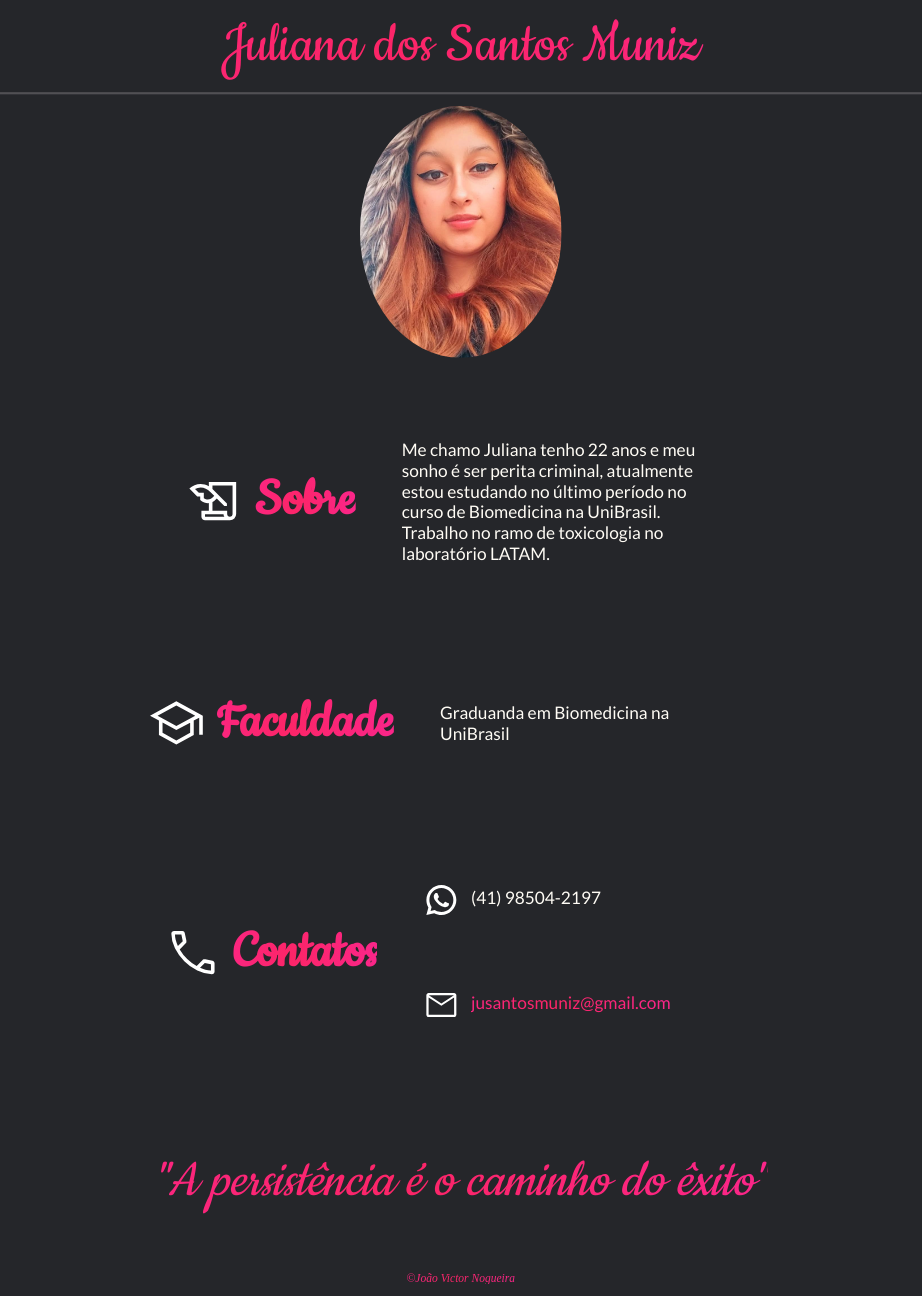
Repository: joaovnogueira/Portfolio-Juliana
Page: src/index.html
An editor plug-in stored every save of this project. The page is shown before and after a run of saves, followed by the edit.
The browser window is 1280 px wide. The pictures show the whole page, at 72% of full size.
The style sheet was rebuilt from its Sass, Less or Tailwind sources for each picture, by a compiler version that may differ from the author's.

Above is the page before, as saved 2022-07-14 14:14:53.

### src/index.html
<!DOCTYPE html>
<html lang="en">
<head>
    <link rel="stylesheet" href="styles.css">
    <meta charset="UTF-8">
    <meta http-equiv="X-UA-Compatible" content="IE=edge">
    <meta name="viewport" content="width=device-width, initial-scale=1.0">
    <title>Portfólio Juliana</title>
</head>
<body class="dark-mode">

    <header>
        <div class="logo">Juliana dos Santos Muniz</div>
    </header>
    <main>
        <div class="perfil">
            <div class="foto">
                <img src="../assets/foto-perfil.png" alt="Foto de perfil" class="fotoperfil">
            </div>
            <div class="conteudo">
                <img src="../assets/sobre.svg" alt="">
                <h1>Sobre</h1>
                <p>
                    Me chamo Juliana tenho 22 anos e meu sonho é ser perita criminal,
                    atualmente estou estudando no último período no curso de Biomedicina na
                    UniBrasil. Trabalho no ramo de toxicologia no laboratório LATAM.
                </p>
            </div>
            <div class="conteudo">
                <img src="../assets/faculdade.svg" alt=""><h1>Faculdade</h1>
                <p>Graduanda em Biomedicina na UniBrasil</p>
            </div>
            <div class="conteudo">
                <img src="../assets/contato.svg" alt=""><h1>Contatos</h1>
                <div class="contatos">
                    <p><img src="../assets/whatsapp.svg" alt="whatsapplogo" class="icon2">(41) 98504-2197</p>
                    <p><img src="../assets/email.svg" alt="emailogo" class="icon2"><a class="email" href="mailto:jusantosmuniz@gmail.com">jusantosmuniz@gmail.com</a></p>
                </div>

            </div>
        </div>
        <div class="frase">
            <blockquote><i>"A persistência é o caminho do êxito"</i></blockquote>
        </div>

    </main>
    <footer>
        <a href="https://github.com/joaovnogueira"><cite>&copy;João Victor Nogueira</cite></a>
    </footer>
</body>
</html>

### src/styles.scss
@import url('https://fonts.googleapis.com/css2?family=Cookie&display=swap');
@import url('https://fonts.googleapis.com/css2?family=Lato&display=swap');

* {
    margin: 0;
    padding: 0;
    box-sizing: border-box;
}

:root {
    --background-dark: #25262A;
    --background-light: ##FFFCF5;
    --text-light: #FFFCF5;
    --text-dark: #25262A;
}

.light-mode:root {
    --background-light: ##FFFCF5;
    --text-dark: #25262A;
}

@media (max-width: 1080px) {
    html {
        font-size: 93.75%;
    }
}

@media (max-width: 720px) {
    html {
        font-size: 87.5%;
    }
}

body {
    background: var(--background-dark);
    color: var(--text-light);
}

h1{
    color: var(--text);
    font-family: 'Cookie', cursive;
    font-weight: bold;
    font-size: 5rem;

    background-image: radial-gradient( circle farthest-corner at 10.2% 55.8%,  #fc2567 0%, #fa2697, 46.2%, #ba08b5 90.1% );
    -webkit-background-clip: text;
    background-clip: text;
    color: transparent;
    animation: rainbow_animation 5s ease-in-out infinite;
    background-size: 400% 100%;

}

p {
    color: var(--text);
    font-family: 'Lato', sans-serif;
}

header{
    div{
        background-image: radial-gradient( circle farthest-corner at 10.2% 55.8%,  #fc2567 0%, #fa2697, 46.2%, #ba08b5 90.1% );
        -webkit-background-clip: text;
        background-clip: text;
        color: transparent;
        animation: rainbow_animation 5s ease-in-out infinite;
        background-size: 400% 100%;

    }
    div {
        display: flex;
        font-family: 'Cookie', cursive;
        font-size: 86px;
        align-items: center;
        justify-content: center;
        border-bottom: 3px solid #515054;
        padding: 1rem;
    }

    @keyframes rainbow_animation {
        0%, 100% {
            background-position: 0 0;
        }

        50% {
            background-position: 100% 0;
        }
    }

}

.foto {
    display: flex;
    align-items: center;
    justify-content: center;
    padding: 1rem;
    background-color: var(--background);
    img{
        border-radius: 50%;
        max-width:750px;
        max-height:350px;
        width: auto;
        height: auto;
    }

}

.perfil{
    .conteudo{
        display: flex;
        align-items: center;
        justify-content: center;
        padding: 3rem;
        img{
            filter: invert(100%) sepia(100%) saturate(0%) hue-rotate(87deg) brightness(119%) contrast(119%);
            width: 5rem;
            height: 5rem;
        }
        h1{
            position: relative;
            margin: 1rem;
            animation-name: h1animation;
            animation-duration: 1.5s;
            animation-iteration-count: 1;
        }
        p{
            font-size: 1.5rem;
            padding: 2rem;
            width: 30rem;
            margin: 1rem;
        }
        .contatos{
            display: flex;
            flex-direction: column;
            align-items: center;
            justify-content: center;
            img{
                margin-right: 1rem;
                vertical-align: middle;
                width: 50px;
                height : 50px;
            }
            a{
                text-decoration: none;
                background-image: radial-gradient( circle farthest-corner at 10.2% 55.8%,  #fc2567 0%, #fa2697, 46.2%, #ba08b5 90.1% );
                -webkit-background-clip: text;
                background-clip: text;
                color: transparent;
                animation: rainbow_animation 5s ease-in-out infinite;
                background-size: 400% 100%;
            }
        }

        @keyframes h1animation{
            0%{
                left: -50%;
            }
            100%{
                left: 0;
            }
        }

    }
}

.frase{
    display: flex;
    align-items: center;
    justify-content: center;
    margin: 5rem;
    blockquote{
        i{
            font-family: 'Cookie', cursive;
            font-size: 5rem;
            background-image: radial-gradient( circle farthest-corner at 10.2% 55.8%,  #fc2567 0%, #fa2697, 46.2%, #ba08b5 90.1% );
            -webkit-background-clip: text;
            background-clip: text;
            color: transparent;
            animation: rainbow_animation 5s ease-in-out infinite;
            background-size: 400% 100%;
        }
    }

}

footer{
    margin: 1rem;
    display: flex;
    align-items: center;
    justify-content: center;
    a{
        text-decoration: none;
        background-image: radial-gradient( circle farthest-corner at 10.2% 55.8%,  #fc2567 0%, #fa2697, 46.2%, #ba08b5 90.1% );
        -webkit-background-clip: text;
        background-clip: text;
        color: transparent;
        animation: rainbow_animation 5s ease-in-out infinite;
        background-size: 400% 100%;
    }
}

After the next 6 saves:
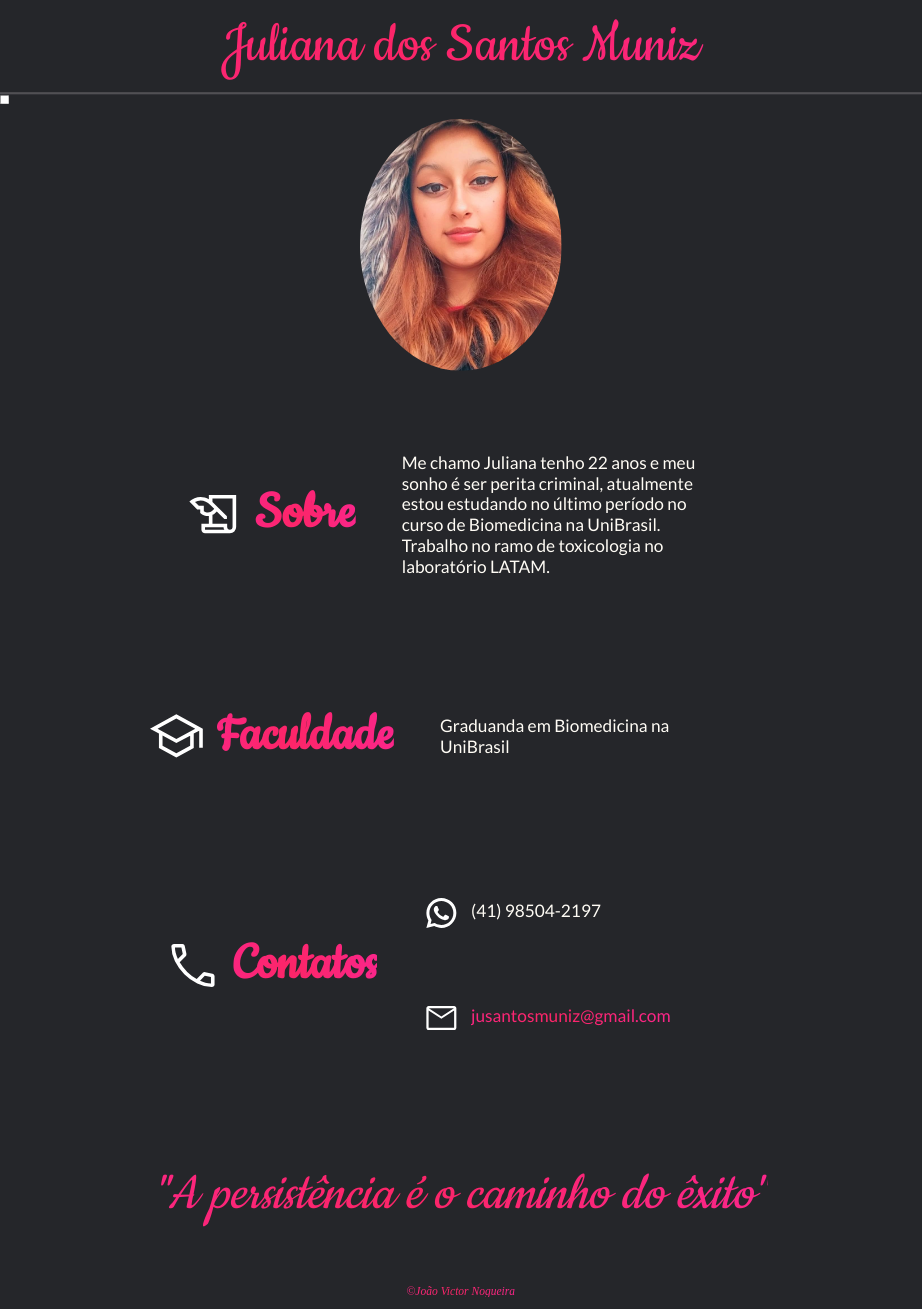
The 6 saves are shown as one change because they came seconds apart.
The last was saved 17 s later.
--- a/src/index.html
+++ b/src/index.html
@@ -8,9 +8,9 @@
     <title>Portfólio Juliana</title>
 </head>
 <body class="dark-mode">
-
     <header>
         <div class="logo">Juliana dos Santos Muniz</div>
+        <input type="checkbox" name="mode" id="">
     </header>
     <main>
         <div class="perfil">
